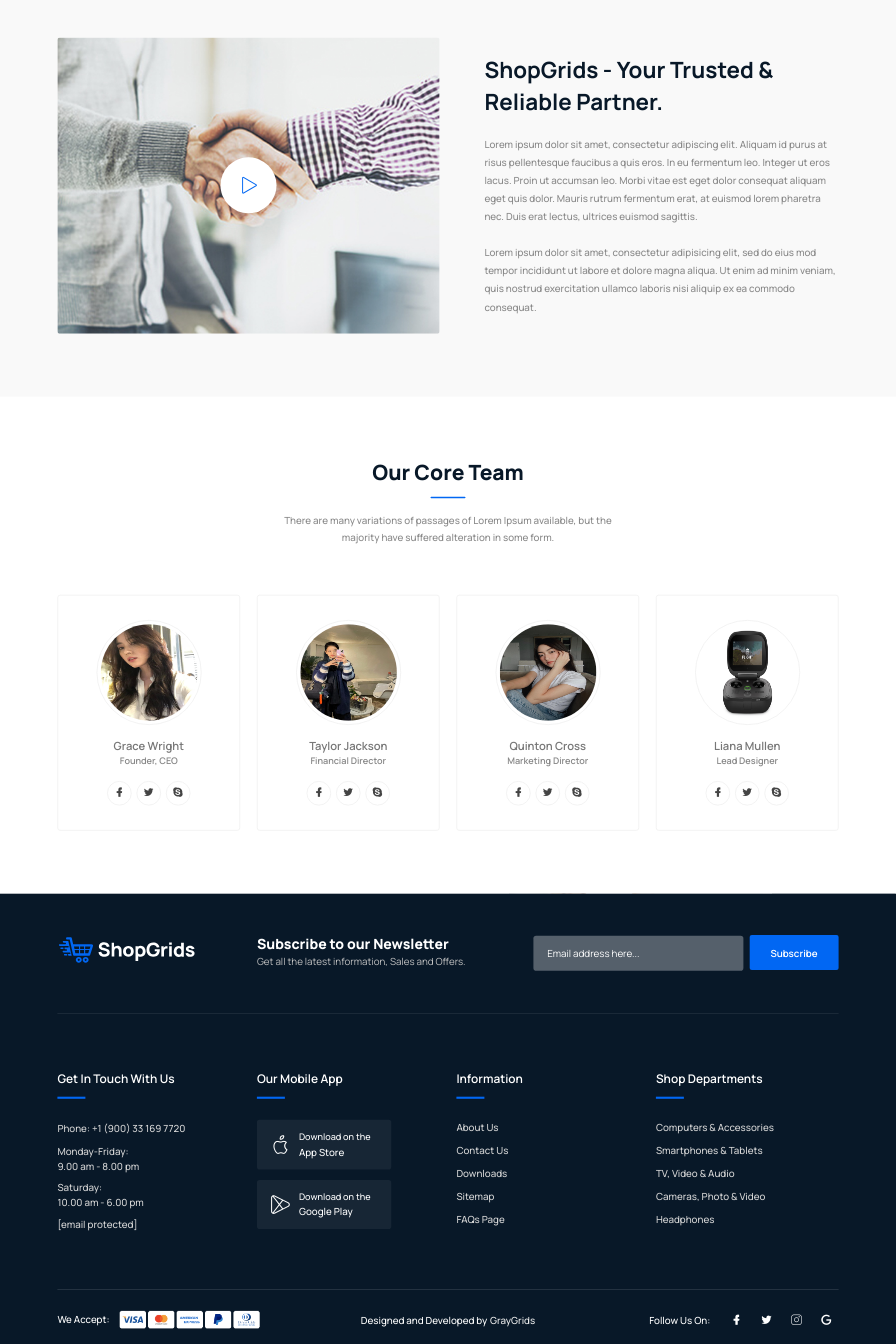
Repository: vothaihoa1998/Login-UI
Page: Desktop/learn js/ShopGrids-free-lite/about-us.html
The author's editor kept a copy of each file at every save. The page is drawn from the files as they stood at one save, then again after the next save.
The browser window is 1280 px wide. The pictures show the part of the page from y = 454 to 2374 px (the page is 2382 px tall), at 70% of full size.
A picture or video elsewhere on the page could not be fetched, so the positions and the page height are approximate.

Above is the page before, as saved 2021-07-04 19:37:43.

### Desktop/learn js/ShopGrids-free-lite/about-us.html
<!DOCTYPE html>
<html class="no-js" lang="zxx">
<head>
<meta charset="utf-8" />
<meta http-equiv="x-ua-compatible" content="ie=edge" />
<title>About Us - ShopGrids Bootstrap 5 eCommerce HTML Template.</title>
<meta name="description" content="" />
<meta name="viewport" content="width=device-width, initial-scale=1" />
<link rel="shortcut icon" type="image/x-icon" href="assets/images/favicon.svg" />

<link rel="stylesheet" href="assets/css/bootstrap.min.css" />
<link rel="stylesheet" href="assets/css/LineIcons.3.0.css" />
<link rel="stylesheet" href="assets/css/tiny-slider.css" />
<link rel="stylesheet" href="assets/css/glightbox.min.css" />
<link rel="stylesheet" href="assets/css/main.css" />
</head>
<body>
<!--[if lte IE 9]>
      <p class="browserupgrade">
        You are using an <strong>outdated</strong> browser. Please
        <a href="https://browsehappy.com/">upgrade your browser</a> to improve
        your experience and security.
      </p>
    <![endif]-->

<div class="preloader">
<div class="preloader-inner">
<div class="preloader-icon">
<span></span>
<span></span>
</div>
</div>
</div>


<header class="header navbar-area">

<div class="topbar">
<div class="container">
<div class="row align-items-center">
<div class="col-lg-4 col-md-4 col-12">
<div class="top-left">
<ul class="menu-top-link">
<li>
<div class="select-position">
<select id="select4">
<option value="0" selected>$ USD</option>
<option value="1">€ EURO</option>
<option value="2">$ CAD</option>
<option value="3">₹ INR</option>
<option value="4">¥ CNY</option>
<option value="5">৳ BDT</option>
</select>
</div>
</li>
<li>
<div class="select-position">
<select id="select5">
<option value="0" selected>English</option>
<option value="1">Español</option>
<option value="2">Filipino</option>
<option value="3">Français</option>
<option value="4">العربية</option>
<option value="5">हिन्दी</option>
<option value="6">বাংলা</option>
</select>
</div>
</li>
</ul>
</div>
</div>
<div class="col-lg-4 col-md-4 col-12">
<div class="top-middle">
<ul class="useful-links">
<li><a href="index.html">Home</a></li>
<li><a href="about-us.html">About Us</a></li>
<li><a href="contact.html">Contact Us</a></li>
</ul>
</div>
</div>
<div class="col-lg-4 col-md-4 col-12">
<div class="top-end">
 <div class="user">
<i class="lni lni-user"></i>
Hello
</div>
<ul class="user-login">
<li>
<a href="login.html">Sign In</a>
</li>
<li>
<a href="register.html">Register</a>
</li>
</ul>
</div>
</div>
</div>
</div>
</div>


<div class="header-middle">
<div class="container">
<div class="row align-items-center">
<div class="col-lg-3 col-md-3 col-7">

<a class="navbar-brand" href="index.html">
<img src="assets/images/logo/logo.svg" alt="Logo">
</a>

</div>
<div class="col-lg-5 col-md-7 d-xs-none">

<div class="main-menu-search">

<div class="navbar-search search-style-5">
<div class="search-select">
<div class="select-position">
<select id="select1">
<option selected>All</option>
<option value="1">option 01</option>
<option value="2">option 02</option>
<option value="3">option 03</option>
<option value="4">option 04</option>
<option value="5">option 05</option>
</select>
</div>
</div>
<div class="search-input">
<input type="text" placeholder="Search">
</div>
<div class="search-btn">
<button><i class="lni lni-search-alt"></i></button>
</div>
</div>

</div>

</div>
<div class="col-lg-4 col-md-2 col-5">
<div class="middle-right-area">
<div class="nav-hotline">
<i class="lni lni-phone"></i>
<h3>Hotline:
<span>(+100) 123 456 7890</span>
</h3>
</div>
<div class="navbar-cart">
<div class="wishlist">
<a href="javascript:void(0)">
<i class="lni lni-heart"></i>
<span class="total-items">0</span>
</a>
</div>
<div class="cart-items">
<a href="javascript:void(0)" class="main-btn">
<i class="lni lni-cart"></i>
<span class="total-items">2</span>
</a>

 <div class="shopping-item">
<div class="dropdown-cart-header">
<span>2 Items</span>
<a href="cart.html">View Cart</a>
</div>
<ul class="shopping-list">
<li>
<a href="javascript:void(0)" class="remove" title="Remove this item"><i class="lni lni-close"></i></a>
<div class="cart-img-head">
<a class="cart-img" href="product-details.html"><img src="assets/images/header/cart-items/item1.jpg" alt="#"></a>
</div>
<div class="content">
<h4><a href="product-details.html">
Apple Watch Series 6</a></h4>
<p class="quantity">1x - <span class="amount">$99.00</span></p>
</div>
</li>
<li>
<a href="javascript:void(0)" class="remove" title="Remove this item"><i class="lni lni-close"></i></a>
<div class="cart-img-head">
<a class="cart-img" href="product-details.html"><img src="assets/images/header/cart-items/item2.jpg" alt="#"></a>
</div>
<div class="content">
<h4><a href="product-details.html">Wi-Fi Smart Camera</a></h4>
<p class="quantity">1x - <span class="amount">$35.00</span></p>
</div>
</li>
</ul>
<div class="bottom">
<div class="total">
<span>Total</span>
<span class="total-amount">$134.00</span>
</div>
<div class="button">
<a href="checkout.html" class="btn animate">Checkout</a>
</div>
</div>
</div>

</div>
</div>
</div>
</div>
</div>
</div>
</div>


<div class="container">
<div class="row align-items-center">
<div class="col-lg-8 col-md-6 col-12">
<div class="nav-inner">

<div class="mega-category-menu">
<span class="cat-button"><i class="lni lni-menu"></i>All Categories</span>
<ul class="sub-category">
<li><a href="product-grids.html">Electronics <i class="lni lni-chevron-right"></i></a>
 <ul class="inner-sub-category">
<li><a href="product-grids.html">Digital Cameras</a></li>
<li><a href="product-grids.html">Camcorders</a></li>
<li><a href="product-grids.html">Camera Drones</a></li>
<li><a href="product-grids.html">Smart Watches</a></li>
<li><a href="product-grids.html">Headphones</a></li>
<li><a href="product-grids.html">MP3 Players</a></li>
<li><a href="product-grids.html">Microphones</a></li>
<li><a href="product-grids.html">Chargers</a></li>
<li><a href="product-grids.html">Batteries</a></li>
<li><a href="product-grids.html">Cables & Adapters</a></li>
</ul>
</li>
<li><a href="product-grids.html">accessories</a></li>
<li><a href="product-grids.html">Televisions</a></li>
<li><a href="product-grids.html">best selling</a></li>
<li><a href="product-grids.html">top 100 offer</a></li>
<li><a href="product-grids.html">sunglass</a></li>
<li><a href="product-grids.html">watch</a></li>
<li><a href="product-grids.html">man’s product</a></li>
<li><a href="product-grids.html">Home Audio & Theater</a></li>
<li><a href="product-grids.html">Computers & Tablets </a></li>
<li><a href="product-grids.html">Video Games </a></li>
<li><a href="product-grids.html">Home Appliances </a></li>
</ul>
</div>


<nav class="navbar navbar-expand-lg">
<button class="navbar-toggler mobile-menu-btn" type="button" data-bs-toggle="collapse" data-bs-target="#navbarSupportedContent" aria-controls="navbarSupportedContent" aria-expanded="false" aria-label="Toggle navigation">
<span class="toggler-icon"></span>
<span class="toggler-icon"></span>
<span class="toggler-icon"></span>
</button>
<div class="collapse navbar-collapse sub-menu-bar" id="navbarSupportedContent">
<ul id="nav" class="navbar-nav ms-auto">
<li class="nav-item">
<a href="index.html" aria-label="Toggle navigation">Home</a>
</li>
<li class="nav-item">
<a class="dd-menu active collapsed" href="javascript:void(0)" data-bs-toggle="collapse" data-bs-target="#submenu-1-2" aria-controls="navbarSupportedContent" aria-expanded="false" aria-label="Toggle navigation">Pages</a>
<ul class="sub-menu collapse" id="submenu-1-2">
<li class="nav-item active"><a href="about-us.html">About Us</a></li>
<li class="nav-item"><a href="faq.html">Faq</a></li>
<li class="nav-item"><a href="login.html">Login</a></li>
<li class="nav-item"><a href="register.html">Register</a></li>
<li class="nav-item"><a href="mail-success.html">Mail Success</a></li>
<li class="nav-item"><a href="404.html">404 Error</a></li>
</ul>
</li>
<li class="nav-item">
<a class="dd-menu collapsed" href="javascript:void(0)" data-bs-toggle="collapse" data-bs-target="#submenu-1-3" aria-controls="navbarSupportedContent" aria-expanded="false" aria-label="Toggle navigation">Shop</a>
<ul class="sub-menu collapse" id="submenu-1-3">
<li class="nav-item"><a href="product-grids.html">Shop Grid</a></li>
<li class="nav-item"><a href="product-list.html">Shop List</a></li>
<li class="nav-item"><a href="product-details.html">shop Single</a></li>
<li class="nav-item"><a href="cart.html">Cart</a></li>
<li class="nav-item"><a href="checkout.html">Checkout</a></li>
</ul>
</li>
<li class="nav-item">
<a class="dd-menu collapsed" href="javascript:void(0)" data-bs-toggle="collapse" data-bs-target="#submenu-1-4" aria-controls="navbarSupportedContent" aria-expanded="false" aria-label="Toggle navigation">Blog</a>
<ul class="sub-menu collapse" id="submenu-1-4">
<li class="nav-item"><a href="blog-grid-sidebar.html">Blog Grid Sidebar</a>
</li>
<li class="nav-item"><a href="blog-single.html">Blog Single</a></li>
<li class="nav-item"><a href="blog-single-sidebar.html">Blog Single
Sibebar</a></li>
</ul>
</li>
<li class="nav-item">
<a href="contact.html" aria-label="Toggle navigation">Contact Us</a>
</li>
</ul>
</div>
</nav>

</div>
</div>
<div class="col-lg-4 col-md-6 col-12">

<div class="nav-social">
<h5 class="title">Follow Us:</h5>
<ul>
<li>
<a href="javascript:void(0)"><i class="lni lni-facebook-filled"></i></a>
</li>
<li>
<a href="javascript:void(0)"><i class="lni lni-twitter-original"></i></a>
</li>
<li>
<a href="javascript:void(0)"><i class="lni lni-instagram"></i></a>
</li>
<li>
<a href="javascript:void(0)"><i class="lni lni-skype"></i></a>
</li>
</ul>
</div>

</div>
</div>
</div>

</header>


<div class="breadcrumbs">
<div class="container">
<div class="row align-items-center">
<div class="col-lg-6 col-md-6 col-12">
<div class="breadcrumbs-content">
<h1 class="page-title">About Us</h1>
</div>
</div>
<div class="col-lg-6 col-md-6 col-12">
<ul class="breadcrumb-nav">
<li><a href="index.html"><i class="lni lni-home"></i> Home</a></li>
<li>About Us</li>
</ul>
</div>
</div>
</div>
</div>


<section class="about-us section">
<div class="container">
<div class="row align-items-center">
<div class="col-lg-6 col-md-12 col-12">
<div class="content-left">
<img src="assets/images/about/about-img.jpeg" alt="#">
<a href="https://www.youtube.com/watch?v=r44RKWyfcFw&fbclid=IwAR21beSJORalzmzokxDRcGfkZA1AtRTE__l5N4r09HcGS5Y6vOluyouM9EM" class="glightbox video"><i class="lni lni-play"></i></a>
</div>
</div>
<div class="col-lg-6 col-md-12 col-12">

<div class="content-right">
<h2>ShopGrids - Your Trusted & Reliable Partner.</h2>
<p>Lorem ipsum dolor sit amet, consectetur adipiscing elit. Aliquam id purus at risus
pellentesque faucibus a quis eros. In eu fermentum leo. Integer ut eros lacus. Proin ut
accumsan leo. Morbi vitae est eget dolor consequat aliquam eget quis dolor. Mauris rutrum
fermentum erat, at euismod lorem pharetra nec. Duis erat lectus, ultrices euismod sagittis.
</p>
<p>Lorem ipsum dolor sit amet, consectetur adipisicing elit, sed do eius mod tempor incididunt
ut labore et dolore magna aliqua. Ut enim ad minim veniam, quis nostrud exercitation ullamco
laboris nisi aliquip ex ea commodo consequat.</p>
</div>
</div>
</div>
</div>
</section>


<section class="team section">
<div class="container">
<div class="row">
<div class="col-12">
<div class="section-title">
<h2 class="wow fadeInUp" data-wow-delay=".4s">Our Core Team</h2>
<p class="wow fadeInUp" data-wow-delay=".6s">There are many variations of passages of Lorem
Ipsum available, but the majority have suffered alteration in some form.</p>
</div>
</div>
</div>
<div class="row">
<div class="col-lg-3 col-md-6 col-12">

<div class="single-team">
<div class="image">
<img src="assets/images/team/01.jpeg" alt="#">
</div>
<div class="content">
<div class="info">
<h3>Grace Wright</h3>
<h5>Founder, CEO</h5>
<ul class="social">
<li><a href="javascript:void(0)"><i class="lni lni-facebook-filled"></i></a>
</li>
<li><a href="javascript:void(0)"><i class="lni lni-twitter-original"></i></a>
</li>
<li><a href="javascript:void(0)"><i class="lni lni-skype"></i></a>
 </li>
</ul>
</div>
</div>
</div>

</div>
<div class="col-lg-3 col-md-6 col-12">

<div class="single-team">
<div class="image">
<img src="assets/images/team/02.jpg" alt="#">
</div>
<div class="content">
<div class="info">
<h3>Taylor Jackson</h3>
<h5>Financial Director</h5>
<ul class="social">
<li><a href="javascript:void(0)"><i class="lni lni-facebook-filled"></i></a>
</li>
<li><a href="javascript:void(0)"><i class="lni lni-twitter-original"></i></a>
</li>
<li><a href="javascript:void(0)"><i class="lni lni-skype"></i></a>
</li>
</ul>
</div>
</div>
</div>

</div>
<div class="col-lg-3 col-md-6 col-12">

<div class="single-team">
<div class="image">
<img src="assets/images/team/03.jpeg" alt="#">
</div>
<div class="content">
<div class="info">
<h3>Quinton Cross</h3>
<h5>Marketing Director</h5>
<ul class="social">
<li><a href="javascript:void(0)"><i class="lni lni-facebook-filled"></i></a>
</li>
<li><a href="javascript:void(0)"><i class="lni lni-twitter-original"></i></a>
</li>
<li><a href="javascript:void(0)"><i class="lni lni-skype"></i></a>
</li>
</ul>
</div>
</div>
</div>

</div>
<div class="col-lg-3 col-md-6 col-12">

<div class="single-team">
<div class="image">
<img src="assets/images/team/04.jpg" alt="#">
</div>
<div class="content">
<div class="info">
<h3>Liana Mullen</h3>
<h5>Lead Designer</h5>
<ul class="social">
<li><a href="javascript:void(0)"><i class="lni lni-facebook-filled"></i></a>
</li>
<li><a href="javascript:void(0)"><i class="lni lni-twitter-original"></i></a>
</li>
<li><a href="javascript:void(0)"><i class="lni lni-skype"></i></a>
</li>
</ul>
</div>
</div>
</div>

</div>
</div>
</div>
</section>


<footer class="footer">

<div class="footer-top">
<div class="container">
<div class="inner-content">
<div class="row">
<div class="col-lg-3 col-md-4 col-12">
<div class="footer-logo">
<a href="index.html">
<img src="assets/images/logo/white-logo.svg" alt="#">
</a>
</div>
</div>
<div class="col-lg-9 col-md-8 col-12">
<div class="footer-newsletter">
<h4 class="title">
Subscribe to our Newsletter
<span>Get all the latest information, Sales and Offers.</span>
</h4>
<div class="newsletter-form-head">
<form action="#" method="get" target="_blank" class="newsletter-form">
<input name="EMAIL" placeholder="Email address here..." type="email">
<div class="button">
<button class="btn">Subscribe<span class="dir-part"></span></button>
</div>
</form>
</div>
</div>
</div>
</div>
</div>
</div>
</div>


<div class="footer-middle">
<div class="container">
<div class="bottom-inner">
<div class="row">
<div class="col-lg-3 col-md-6 col-12">

<div class="single-footer f-contact">
<h3>Get In Touch With Us</h3>
<p class="phone">Phone: +1 (900) 33 169 7720</p>
<ul>
<li><span>Monday-Friday: </span> 9.00 am - 8.00 pm</li>
<li><span>Saturday: </span> 10.00 am - 6.00 pm</li>
</ul>
<p class="mail">
<a href="/cdn-cgi/l/email-protection#02717772726d707642716a6d7265706b66712c616d6f"><span class="__cf_email__" data-cfemail="11626461617e63655162797e6176637875623f727e7c">[email&#160;protected]</span></a>
</p>
</div>

</div>
<div class="col-lg-3 col-md-6 col-12">

<div class="single-footer our-app">
<h3>Our Mobile App</h3>
<ul class="app-btn">
<li>
<a href="javascript:void(0)">
<i class="lni lni-apple"></i>
<span class="small-title">Download on the</span>
<span class="big-title">App Store</span>
</a>
</li>
<li>
<a href="javascript:void(0)">
<i class="lni lni-play-store"></i>
<span class="small-title">Download on the</span>
<span class="big-title">Google Play</span>
</a>
</li>
</ul>
</div>

</div>
<div class="col-lg-3 col-md-6 col-12">

<div class="single-footer f-link">
<h3>Information</h3>
<ul>
<li><a href="javascript:void(0)">About Us</a></li>
<li><a href="javascript:void(0)">Contact Us</a></li>
<li><a href="javascript:void(0)">Downloads</a></li>
<li><a href="javascript:void(0)">Sitemap</a></li>
<li><a href="javascript:void(0)">FAQs Page</a></li>
</ul>
</div>

</div>
<div class="col-lg-3 col-md-6 col-12">

<div class="single-footer f-link">
<h3>Shop Departments</h3>
<ul>
<li><a href="javascript:void(0)">Computers & Accessories</a></li>
<li><a href="javascript:void(0)">Smartphones & Tablets</a></li>
<li><a href="javascript:void(0)">TV, Video & Audio</a></li>
<li><a href="javascript:void(0)">Cameras, Photo & Video</a></li>
<li><a href="javascript:void(0)">Headphones</a></li>
</ul>
</div>

</div>
</div>
</div>
</div>
</div>


<div class="footer-bottom">
<div class="container">
<div class="inner-content">
<div class="row align-items-center">
<div class="col-lg-4 col-12">
<div class="payment-gateway">
<span>We Accept:</span>
<img src="assets/images/footer/credit-cards-footer.png" alt="#">
</div>
</div>
<div class="col-lg-4 col-12">
<div class="copyright">
<p>Designed and Developed by<a href="https://graygrids.com/" rel="nofollow" target="_blank">GrayGrids</a></p>
</div>
</div>
<div class="col-lg-4 col-12">
<ul class="socila">
<li>
<span>Follow Us On:</span>
</li>
<li><a href="javascript:void(0)"><i class="lni lni-facebook-filled"></i></a></li>
<li><a href="javascript:void(0)"><i class="lni lni-twitter-original"></i></a></li>
<li><a href="javascript:void(0)"><i class="lni lni-instagram"></i></a></li>
<li><a href="javascript:void(0)"><i class="lni lni-google"></i></a></li>
</ul>
</div>
</div>
</div>
</div>
</div>

</footer>


<a href="#" class="scroll-top">
<i class="lni lni-chevron-up"></i>
</a>

<script data-cfasync="false" src="/cdn-cgi/scripts/5c5dd728/cloudflare-static/email-decode.min.js"></script><script src="assets/js/bootstrap.min.js"></script>
<script src="assets/js/tiny-slider.js"></script>
<script src="assets/js/glightbox.min.js"></script>
<script src="assets/js/main.js"></script>
<script type="text/javascript">

        //========= glightbox
        GLightbox({
            'href': 'https://www.youtube.com/watch?v=r44RKWyfcFw&fbclid=IwAR21beSJORalzmzokxDRcGfkZA1AtRTE__l5N4r09HcGS5Y6vOluyouM9EM',
            'type': 'video',
            'source': 'youtube', //vimeo, youtube or local
            'width': 900,
            'autoplayVideos': true,
        });
    </script>
</body>
</html>

### Desktop/learn js/ShopGrids-free-lite/assets/css/tiny-slider.css
.tns-outer{padding:0!important}.tns-outer [hidden]{display:none!important}.tns-outer [aria-controls],.tns-outer [data-action]{cursor:pointer}.tns-slider{-webkit-transition:all 0s;-moz-transition:all 0s;transition:all 0s}.tns-slider>.tns-item{-webkit-box-sizing:border-box;-moz-box-sizing:border-box;box-sizing:border-box}.tns-horizontal.tns-subpixel{white-space:nowrap}.tns-horizontal.tns-subpixel>.tns-item{display:inline-block;vertical-align:top;white-space:normal}.tns-horizontal.tns-no-subpixel:after{content:'';display:table;clear:both}.tns-horizontal.tns-no-subpixel>.tns-item{float:left}.tns-horizontal.tns-carousel.tns-no-subpixel>.tns-item{margin-right:-100%}.tns-no-calc{position:relative;left:0}.tns-gallery{position:relative;left:0;min-height:1px}.tns-gallery>.tns-item{position:absolute;left:-100%;-webkit-transition:transform 0s,opacity 0s;-moz-transition:transform 0s,opacity 0s;transition:transform 0s,opacity 0s}.tns-gallery>.tns-slide-active{position:relative;left:auto!important}.tns-gallery>.tns-moving{-webkit-transition:all .25s;-moz-transition:all .25s;transition:all .25s}.tns-autowidth{display:inline-block}.tns-lazy-img{-webkit-transition:opacity .6s;-moz-transition:opacity .6s;transition:opacity .6s;opacity:.6}.tns-lazy-img.tns-complete{opacity:1}.tns-ah{-webkit-transition:height 0s;-moz-transition:height 0s;transition:height 0s}.tns-ovh{overflow:hidden}.tns-visually-hidden{position:absolute;left:-10000em}.tns-transparent{opacity:0;visibility:hidden}.tns-fadeIn{opacity:1;filter:alpha(opacity=100);z-index:0}.tns-normal,.tns-fadeOut{opacity:0;filter:alpha(opacity=0);z-index:-1}.tns-vpfix{white-space:nowrap}.tns-vpfix>div,.tns-vpfix>li{display:inline-block}.tns-t-subp2{margin:0 auto;width:310px;position:relative;height:10px;overflow:hidden}.tns-t-ct{width:2333.3333333%;width:-webkit-calc(100% * 70/3);width:-moz-calc(100% * 70/3);width:calc(100% * 70/3);position:absolute;right:0}.tns-t-ct:after{content:'';display:table;clear:both}.tns-t-ct>div{width:1.4285714%;width:-webkit-calc(100%/70);width:-moz-calc(100%/70);width:calc(100%/70);height:10px;float:left}

Loaded but not shown: Desktop/learn js/ShopGrids-free-lite/assets/css/bootstrap.min.css (library); Desktop/learn js/ShopGrids-free-lite/assets/css/glightbox.min.css (library); Desktop/learn js/ShopGrids-free-lite/assets/css/main.css (library); Desktop/learn js/ShopGrids-free-lite/assets/js/bootstrap.min.js (library); Desktop/learn js/ShopGrids-free-lite/assets/js/tiny-slider.js (library); Desktop/learn js/ShopGrids-free-lite/assets/js/glightbox.min.js (library); Desktop/learn js/ShopGrids-free-lite/assets/js/main.js (42 lines, source omitted); Desktop/learn js/ShopGrids-free-lite/assets/css/LineIcons.3.0.css (2206 lines, source omitted)

After the next save:
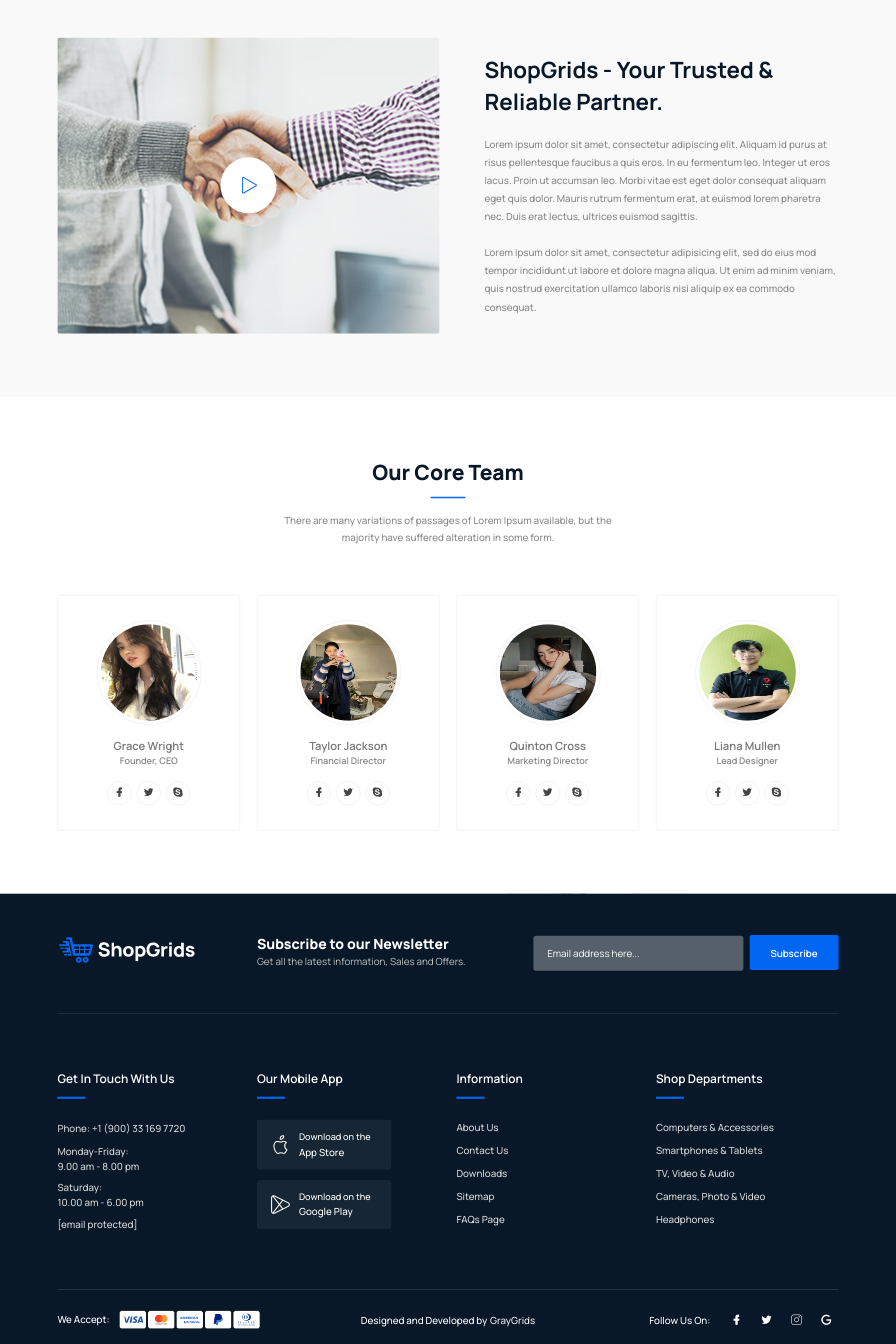
Saved 5 s later.
--- a/Desktop/learn js/ShopGrids-free-lite/about-us.html
+++ b/Desktop/learn js/ShopGrids-free-lite/about-us.html
@@ -453,7 +453,7 @@ Ipsum available, but the majority have suffered alteration in some form.</p>
 
 <div class="single-team">
 <div class="image">
-<img src="assets/images/team/04.jpg" alt="#">
+<img src="assets/images/team/RM.jpg" alt="#">
 </div>
 <div class="content">
 <div class="info">
